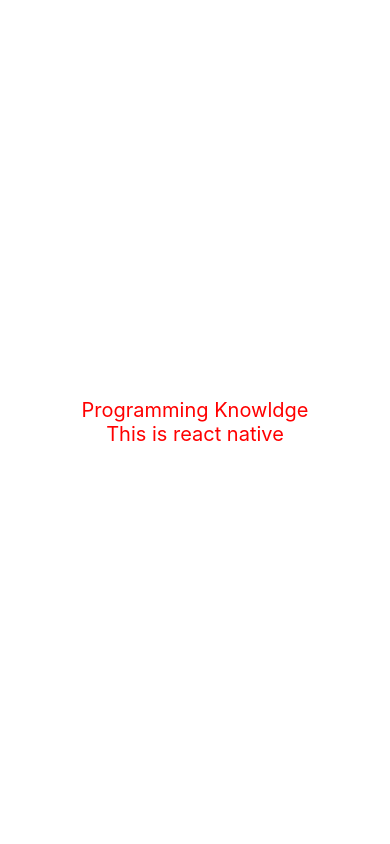
Repository: akinmiday/ReactNativeApp
Screen: /
These files come from the project's save history. The screen is drawn as it stood at one moment and after the next save; the edit follows.
The app was drawn by React Native's web renderer in a window 390 px wide. The project was rebuilt for these pictures with package versions that can differ from the ones it lists, and the page was loaded fresh each time. Some packages were replaced by stand-ins written for this rebuild.

Above is the screen before, as saved 2023-08-03 07:01:44.

After the next save:
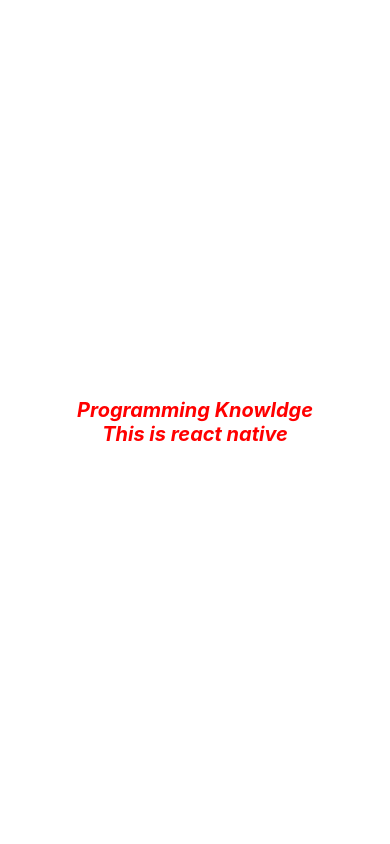
Saved 32 s later.
--- a/App.js
+++ b/App.js
@@ -21,5 +21,7 @@ const styles = StyleSheet.create({
   text: {
     color: "red",
     fontSize: 20,
+    fontWeight: "bold",
+    fontStyle: "italic",
   },
 });
